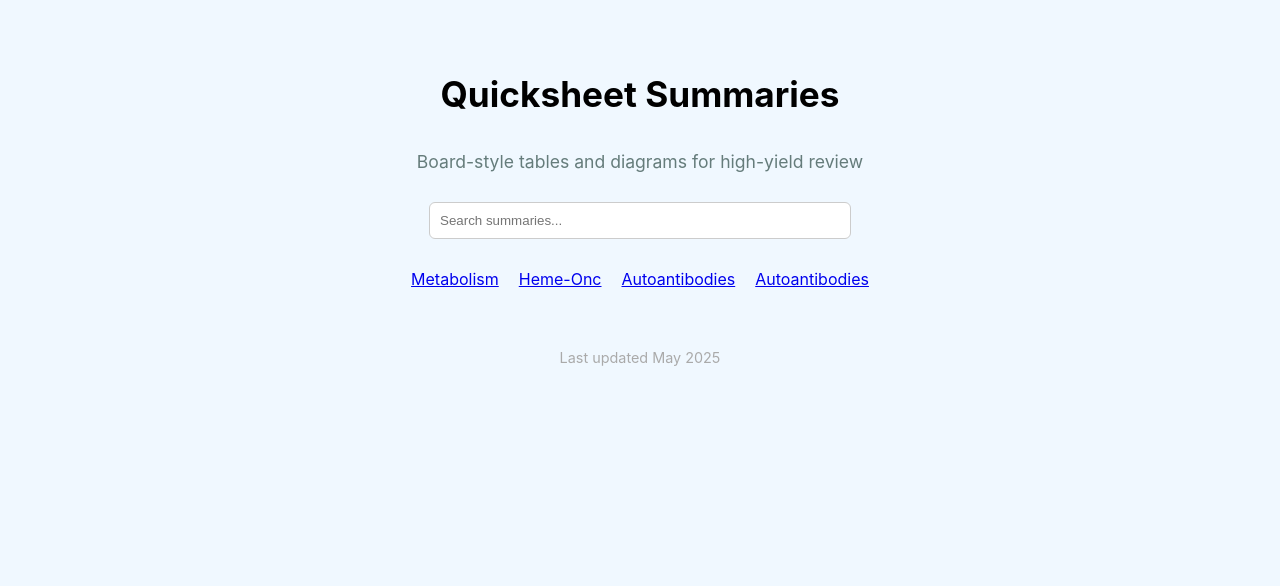
Repository: sharperdragon/STEVEL-1-Summaries
Page: index.html
The author's editor kept a copy of each file at every save. The page is drawn from the files as they stood at one save, then again after the next save.
The browser window is 1280 px wide. The pictures show the whole page.

Above is the page before, as saved 2025-05-19 13:20:49.

### index.html
<!DOCTYPE html>
<html lang="en">
<head>
    <meta charset="UTF-8">
    <meta name="viewport" content="width=device-width, initial-scale=1.0">
    <title>Quicksheet Summaries</title>
    <link rel="stylesheet" href="/STEVEL-1-Summaries/static/style.css">
    <link rel="icon" href="/STEVEL-1-Summaries/subdex/metabolism.html">
</head>
<body>

<header style="text-align: center; margin-top: 40px;">
  <h1 style="font-size: 2.2em; color: var(--text-h1);">Quicksheet Summaries</h1>
  <p style="color: #657c7b; font-size: 1.1em;">Board-style tables and diagrams for high-yield review</p>
</header>
<div style="text-align: center; margin-top: 30px;">
  <input type="text" id="searchInput" placeholder="Search summaries..." onkeyup="filterCards()" style="padding: 10px; width: 60%; max-width: 400px; border: 1px solid #ccc; border-radius: 6px;">
</div>
<section style="display: flex; flex-wrap: wrap; justify-content: center; margin-top: 30px; gap: 20px;">
  <a href="subdex/metabolism.html" class="summary-card">Metabolism</a>
  <a href="subdex/hemeonc.html" class="summary-card">Heme-Onc</a>
  <a href="subdex/autoantibodies.html" class="summary-card">Autoantibodies</a>
  <a href="subdex/autoantibodies.html" class="summary-card">Autoantibodies</a>
</section>


</body>

<footer style="text-align: center; margin-top: 60px; font-size: 0.9em; color: #aaa;">
  Last updated May 2025
</footer>

    <script src="./static/script.js"></script>

### static/style.css
:root {
  --header-bg: #d0e5f5;
  --subheader-bg: #f7f9fa;
  --border-color: #ccd9e0;
  --strong-divider: #6c8ca3;
  --row-alt-bg: #fbfcfd;
  --text-color: #2a2a2a;
  --font: "Helvetica Neue", Helvetica, Arial, sans-serif;
  --base-font-size: 15px;
  --header-font-size: 18px;
}
body {max-width: 100vw;}

.autoantibody-table {
  max-width: 94vw;
  border-collapse: collapse;
  font-family: var(--font);
  color: var(--text-color);
  font-size: var(--base-font-size);
  border: 1px solid var(--border-color);
  border-radius: 10px;
  overflow: hidden;
  margin: 1vh 3vw 1vh 3vw;
  box-shadow: 0 2px 4px rgba(0, 0, 0, 0.04);
}

.autoantibody-table th,
.autoantibody-table td {
  padding: 10px 14px;
  border: 1px solid var(--border-color);
  vertical-align: top;
  text-align: left;
}

/* Header styling */
.autoantibody-table thead th {
  background-color: var(--header-bg);
  font-size: var(--header-font-size);
  font-weight: 600;
  text-align: center;
}

/* Alternate row background */
.autoantibody-table tbody tr:nth-child(even) {
  background-color: var(--row-alt-bg);
}

/* Strong divider between antibody (col 2) and condition (col 3) */
.autoantibody-table td:nth-child(2) {
  border-right: 3px solid var(--strong-divider);
}

/* Condition columns emphasis */
.autoantibody-table td:nth-child(1),
.autoantibody-table td:nth-child(3) {
  font-weight: 500;
  width: 20%;
}

/* Antibody columns can expand more */
.autoantibody-table td:nth-child(2),
.autoantibody-table td:nth-child(4) {
  width: 30%;
}

/* Bullet list formatting */
.autoantibody-table ul {
  margin: 0;
  padding-left: 18px;
}

.autoantibody-table li {
  margin: 2px 0;
}

/* Responsive font scaling — enlarged */
@media (max-width: 1024px) {
  :root {
    --base-font-size: 15px;
    --header-font-size: 17px;
  }
}

@media (max-width: 768px) {
  :root {
    --base-font-size: 14px;
    --header-font-size: 16px;
  }
}

@media (max-width: 480px) {
  :root {
    --base-font-size: 13px;
    --header-font-size: 15px;
  }
}
body {
    font-family: "Rubik", -apple-system, system-ui, BlinkMacSystemFont, Segoe UI, Roboto, Helvetica, Arial, sans-serif;
    margin: 20px;
    padding: 1px;
    max-width: -webkit-fill-available;
    background-color: aliceblue;
}

.container {
    max-width: 98vw;
    margin: 3% auto;
    padding: 2%;
    background: #ffffff;
    border-radius: 8px;
    box-shadow: 0 4px 6px rgba(0, 0, 0, 0.1);
    display: flex;
    flex-direction: column; /* Stacks items vertically */
    align-items: unset; /* Centers items horizontally */
    gap: 3px; /* Adds consistent spacing */
}

h1 {
    text-align: center;
    color: #333333;
    padding: 1%;
}

label {
    font-weight: bold;
    margin: 0;
    display: block;
    padding: 1px;
}

textarea {
    width: 95%;
    margin-bottom: 10px;
    min-height:150px;
    padding: 10px;
    border: 1px solid #ddd;
    border-radius: 8px;
    padding: 1%;
    max-width: -webkit-fill-available;
}

/* Fix all divs to maintain consistent height */
div {
    position: relative; /* Prevents hover effects from changing layout */

}

/* Button Styles */
button {
    background-color: #007bff;
    display: inline-flex;
    gap: 10px;
    color: white;
    border: none;
    padding: 10px 15px;
    border-radius: 15px;
    cursor: pointer;
    font-size: 105%;
    box-shadow: 0 5px 10px rgba(0, 0, 0, 0.2);
    transition: transform 0.2s ease, box-shadow 0.2s ease;
    position: relative; /* Lock button in place */
    box-sizing: border-box; /* Ensure padding and border don't affect size */
    z-index: 1; /* Ensure hover effects stay above other elements */
    margin: 10px;
}

/* Hover effect without shifting elements */
button:hover {
    background-color: #0c66c6;
    color: offwhite;
    box-shadow: 0 8px 12px rgba(0, 0, 0, 0.3);
    transform: translateY(2px); /* Hover effect without affecting layout */
}

div#selection_buttons {
    display: flex;
    justify-content: space-between;
    align-items: center;
    width: 95%;
    margin: 0 0 1px 0;
    margin-top: 4px;
}

#mode_section {
    position: absolute;  /* Fixed positioning */
    top: 2px;
    right: 4px;
    width: 75px;         /* 🔒 Lock width */
    height: 20px;         /* 🔒 Lock height */
    background-color: #f9fbff;
    border: 2px solid #cee1fe;
    border-radius: 8px;
    padding: 4px 7px;
    font-size: 95%;
    opacity: 0.6;
    transition: background-color 0.3s ease, opacity 0.3s ease;
    display: flex;
    align-items: center;
    justify-content: center;
    z-index: 200;
}

#mode_section:hover {
    opacity: 1;
    background-color: #e8f0ff;
    border-top-left-radius:0px;
    border-bottom-left-radius:0px;
    border-left: none;
}

#mode_section span {
    font-weight: bold;
    pointer-events: none; /* So only the container triggers hover */
}
/* Hide the options by default */
.options_container {
    display: none;
    position: absolute;
    top: -2px;  /* below the #mode_section */
    right: 89px;
    /* background-color: white; */
    box-shadow: 0 6px 10px rgba(0, 0, 0, 0.1);
    padding: 0px;
    border-radius: 8px;
    z-index: 300;
    flex-direction: column;
    gap: 0;
    object-fit:contain;
    /* min-width: 120px; */
}

/* Reveal on hover without affecting layout */
#mode_section:hover .options_container {
    display: flex;
    border-top-right-radius:0px;
    border: 1px solid #d0e3ff;
    overflow:hidden;
}

.field_option {
    position: relative;
    overflow: hidden;
    cursor: pointer;
    font-size: 16px;
    transition: background-color 0.2s ease, transform 0.1s ease;
    background-color: #ffffff;
    padding: 10px 14px;
    border-radius: 0px;
    box-shadow: 0 -px 8px rgba(0, 0, 0, 0.1);
    margin: 0.2px 0;
    width: 60px;
    overflow:hidden;
}

.field_option:hover {
    background-color: #e0ecff;
    overflow:hidden;
}

.field_option:active {
    background-color: #d0dcf5;
    transform: scale(0.96);
    overflow:hidden;
}

.selected_field_option {
    background-color: #b9cdf9 !important;
    color: #003366;
    font-weight: bold;
}




/* Container for question list */
div#question_list {
    display: flex;
    flex-wrap: wrap; /* Allow wrapping of items to next row */
    gap: 10px; /* Space between items */
    overflow-x: auto; /* Enable horizontal scrolling */
    overflow-y: hidden; /* Disable vertical overflow */
    width: 95%;
    padding: 10px;
    box-sizing: border-box;
    border: 1px solid #b7d7fa;
    border-radius: 10px;
    min-height: 100px; /* Set a fixed height */
    max-height:60vh;
    overflow:auto;
}

/* Styling for each individual label (checkbox item) */
#question_list label {
    display: flex;
    align-items: center;
    justify-content: flex-start;
    box-sizing: border-box;
    padding: 1px 2px;
    background-color: #f9f9f9;
    border: 1px solid #ddd;
    border-radius: 5px;
    cursor: pointer;
    width: fit-content; /* 10 questions per row, adjust the width accordingly */
    min-width: 230px;
    word-wrap: normal; /* Break long words if necessary */
    max-height: 38px;
    padding: 8px 2px;
}
#question_list label span.id {
    padding-right:4px;
}

/* Ensures the checkboxes and text are aligned correctly */
#question_list input[type="checkbox"] {
    margin-right: 10px; /* Space between checkbox and text */
}

/* Styling for the question number */
.number {
    margin-right: 8px; /* Adjust the space between the number and ID */
}

.id {
    opacity: 0.7; /* Maintain the desired opacity for the question ID */
}

#copy_button {
    margin-left: auto;
}


/* Updated history section */
div#history_section {
    display: flex;
    gap: 10px;
    align-items: flex-start;
    margin-bottom: 10px;
}

div#history_section > div {
    flex: 1;
}

div#history_section > div > label {
    margin: 0;
}

div#history_section > div > select {
    width: 100%;
}

#history_select {
    padding: 8px;
    font-size: 100%;
    border-radius: 8px;
    border: 1px solid #ddd;
    background-color: #fff;
    box-shadow: 0 2px 4px rgba(0,0,0,0.05);
    transition: border-color 0.3s ease, box-shadow 0.3s ease;
}

#history_select:focus {
    border-color: #007bff;
    outline: none;
    box-shadow: 0 0 5px rgba(0,123,255,0.5);
}

.input-history-wrapper {
    display: flex;
    flex-direction: column;
    gap: 8px;
    margin-bottom: 12px;
}

.sticky-history {
    position: static;
    z-index: auto;
    background-color: white;
    padding-top: 4px;
    padding-bottom: 8px;
}

.history-feedback {
    position: relative;
    right: 0;
    top: -10px;
    font-size: 14px;
    color: green;
    animation: floatUpFade 0.7s ease forwards;
    pointer-events: none;
    user-select: none;
    z-index: 1000;
    white-space: nowrap;
}

/* Subtle button press animation */
button:active {
    transform: translateY(1px);
    box-shadow: 0 3px 6px rgba(0, 0, 0, 0.2);
}

/* Make Clear History button a bit smaller and softer */
#clear_history_button {
    background: linear-gradient(to bottom, #ffffff, #f0f0f5);
    color: #007aff;
    border: 1px solid #d1d1d6;
    border-radius: 12px;
    font-weight: 500;
    font-size: 90%;
    padding: 6px 10px;
    cursor: pointer;
    transition: background 0.3s ease, transform 0.2s ease;
    margin-left: 5px;
    margin-top: 5px;
}

#clear_history_button:hover {
    background: #e5e5ea;
}

.ripple {
    position: relative;
    width: 10px;
    height: 10px;
    background: rgba(0, 123, 255, 0.4);
    opacity: 1;
    border-radius: 50%;
    transform: scale(0);
    animation: ripple-animation 0.6s linear;
    pointer-events: none;
    z-index: 0;
}

@keyframes ripple-animation {
    to {
        transform: scale(15);
        opacity: 0;
    }
}

.nav-link {
  margin: 0 10px;
  padding: 8px 12px;
  background-color: #d0e5f5;
  text-decoration: none;
  color: #333;
  border-radius: 6px;
  font-weight: 500;
}
.nav-link:hover {
  background-color: #add8e6;
}
.hidden-answer {
  background-color: #f4f4f4;
  color: transparent;
  cursor: pointer;
  user-select: none;
}
.hidden-answer:hover {
  background-color: #e0e0e0;
  color: #ccc;
}

### static/script.js


function filterCards() {
    const input = document.getElementById("searchInput").value.toLowerCase();
    const cards = document.querySelectorAll(".summary-card");

    cards.forEach(card => {
        const text = card.textContent.toLowerCase();
        card.style.display = text.includes(input) ? "block" : "none";
    });
}

After the next save:
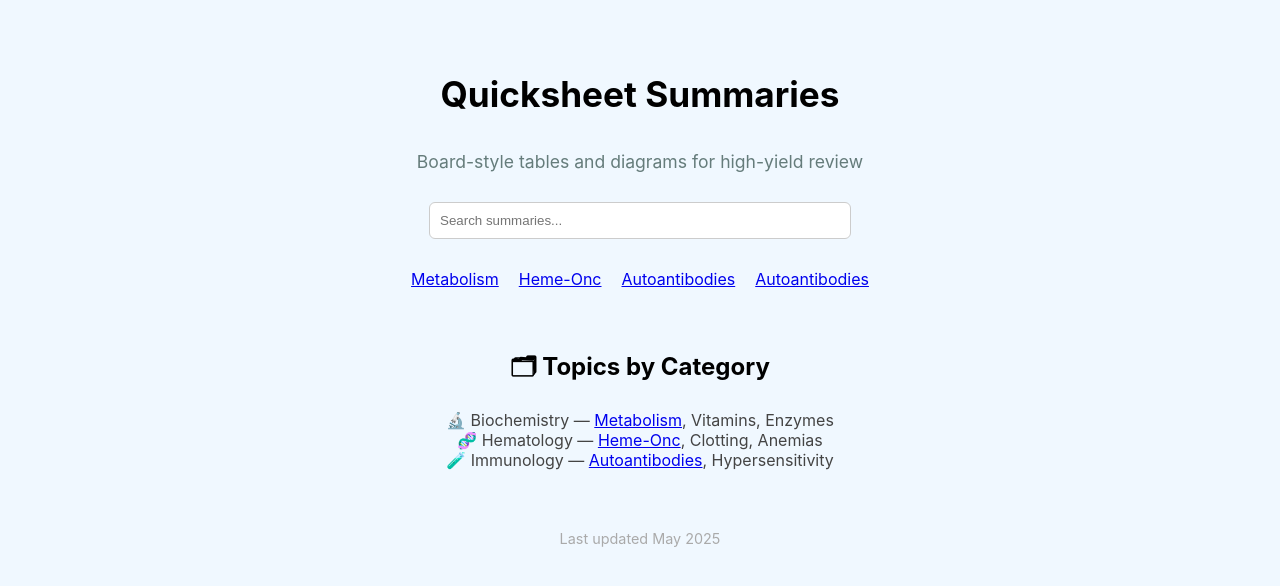
Saved 2 min 11 s later.
--- a/index.html
+++ b/index.html
@@ -23,6 +23,14 @@
   <a href="subdex/autoantibodies.html" class="summary-card">Autoantibodies</a>
 </section>
 
+<section style="text-align: center; margin-top: 60px;">
+  <h2 style="color: var(--text-h2);">🗂 Topics by Category</h2>
+  <ul style="list-style: none; padding: 0; font-size: 1em; color: #444;">
+    <li>🔬 Biochemistry — <a href="subdex/metabolism.html">Metabolism</a>, Vitamins, Enzymes</li>
+    <li>🧬 Hematology — <a href="subdex/hemeonc.html">Heme-Onc</a>, Clotting, Anemias</li>
+    <li>🧪 Immunology — <a href="subdex/autoantibodies.html">Autoantibodies</a>, Hypersensitivity</li>
+  </ul>
+</section>
 
 </body>
 
